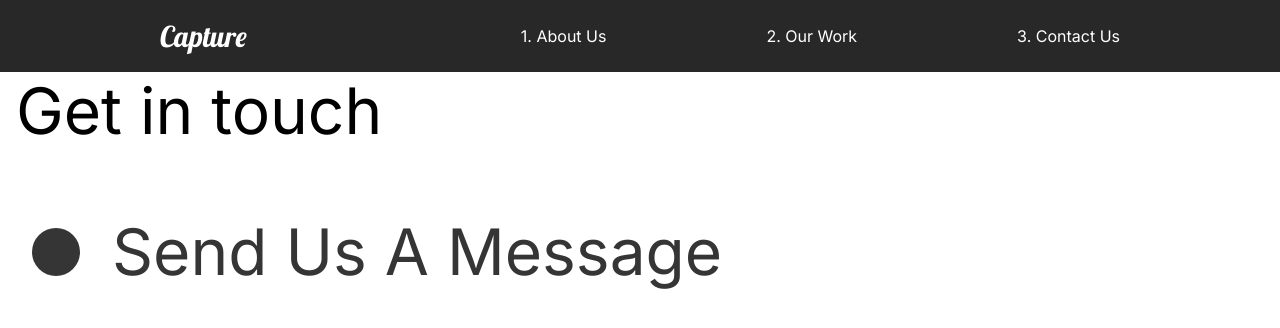
Repository: programmingwithlevi/capture
Page: /contact
These files come from the project's save history. The page is drawn as it stood at one moment and after the next save; the edit follows.
The browser window is 1280 px wide. The pictures show the whole page.
The project was rebuilt for these pictures with package versions that can differ from the ones it lists, and the page was loaded fresh each time. Also part of the build but not shown: src/styles.js, src/components/Wave.js, src/components/AboutSection.js, src/components/UseScroll.js, src/components/ServicesSection.js, src/components/Toggle.js, src/components/FaqSection.js, src/pages/AboutUs.js and 3 more.

Above is the page before, as saved 2021-12-13 21:19:52.

After the next save:
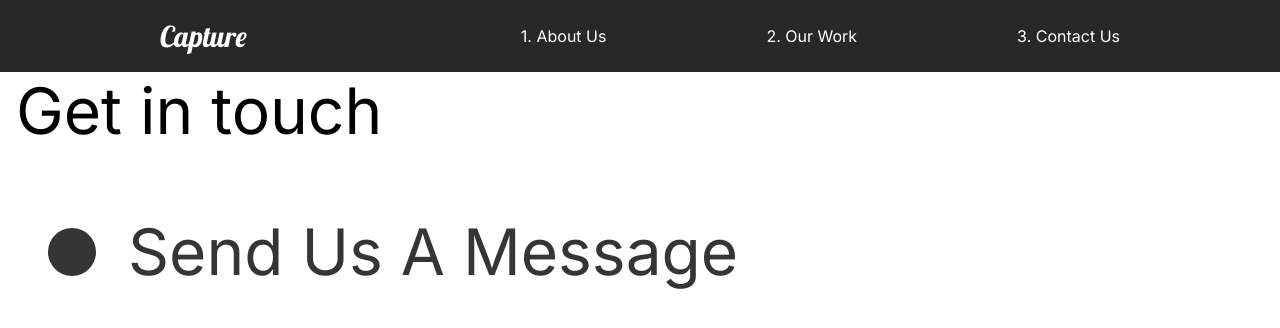
Saved 7 s later.
--- a/src/pages/ContactUs.js
+++ b/src/pages/ContactUs.js
@@ -49,7 +49,7 @@ const Circle = styled.div`
 const Social = styled(motion.div)`
     display: flex;
     align-items: center;
-    margin-left: 2rem;
+    margin-left: 3rem;
     h2{
         margin: 2rem;
     };
